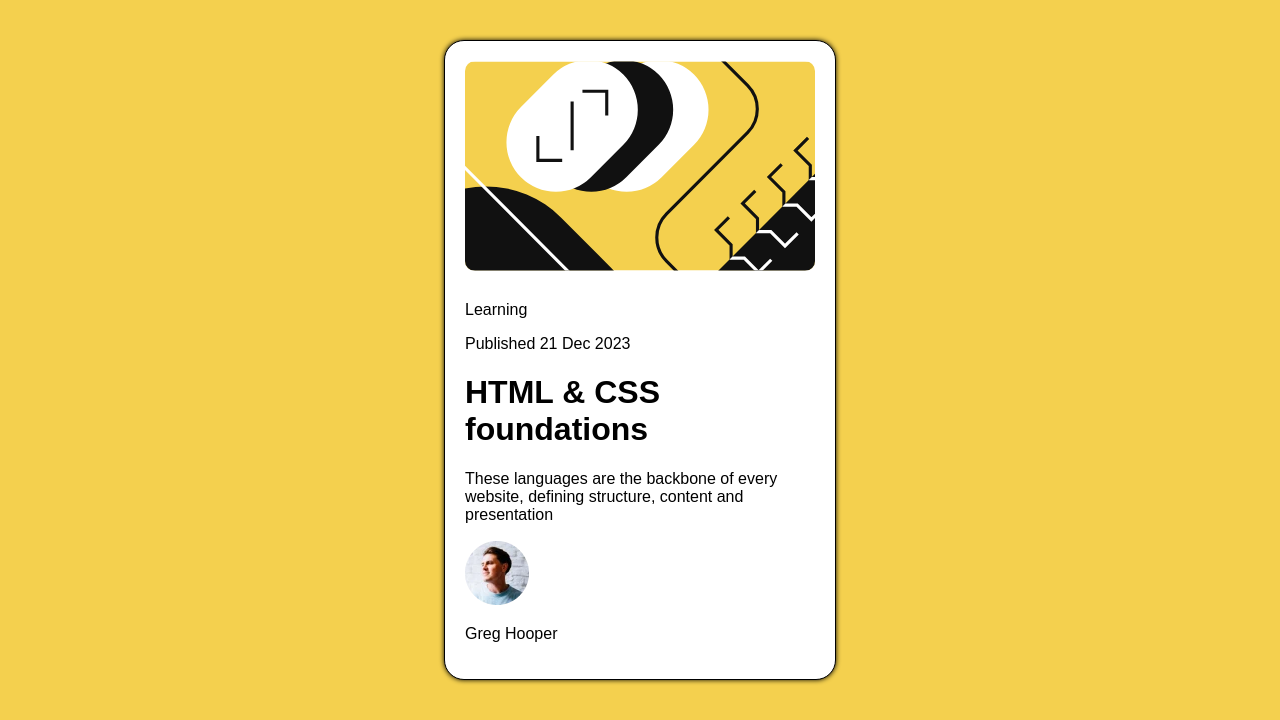
Repository: brandontaylor1/blogpreviewcard
Page: index.html
These files come from the project's save history. The page is drawn as it stood at one moment and after the next save; the edit follows.
The browser window is 1280 px wide. The pictures show the whole page.

Above is the page before, as saved 2024-12-25 11:03:22.

After the next save:
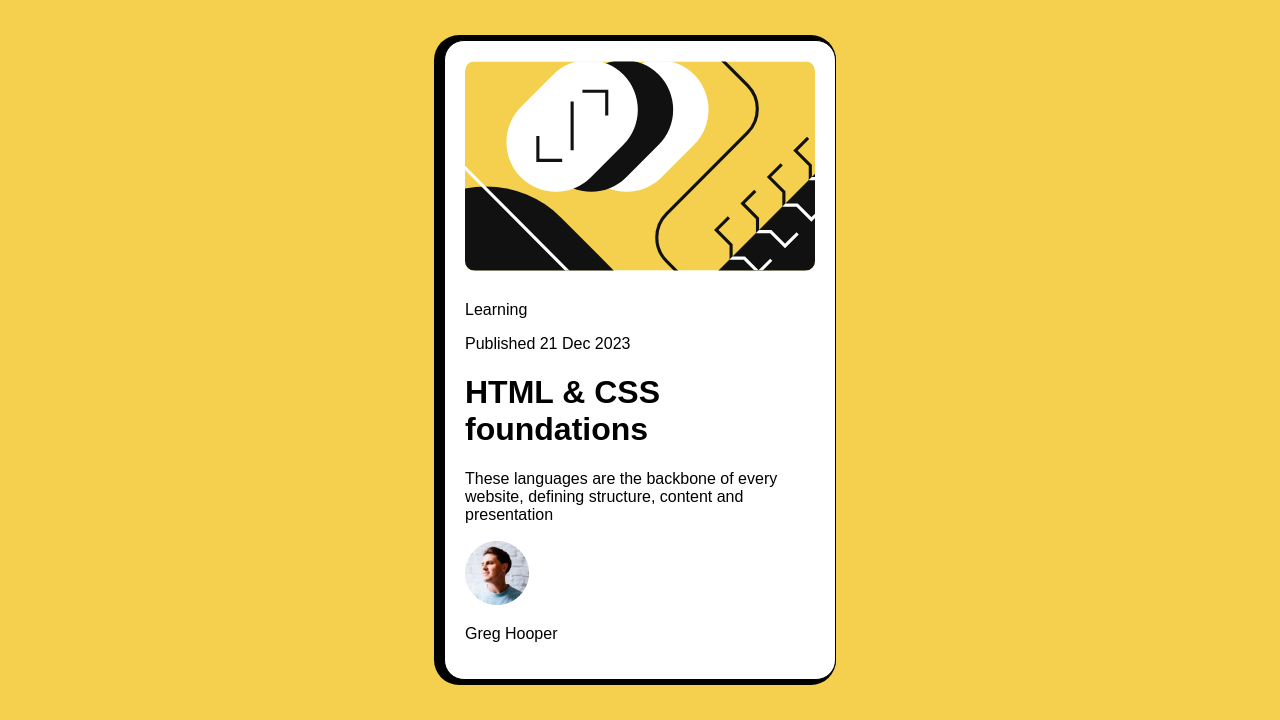
Saved 4 s later.
--- a/index.css
+++ b/index.css
@@ -35,7 +35,7 @@ body {
     padding: 20px;
     border-radius: 20px;
     border: 1px solid black;
-    box-shadow:  0 0 5px rgba(0, 0, 0, 1);
+    box-shadow: -5px 0 0 5px rgba(0, 0, 0, 1);
 }
 
 .heading-img {
